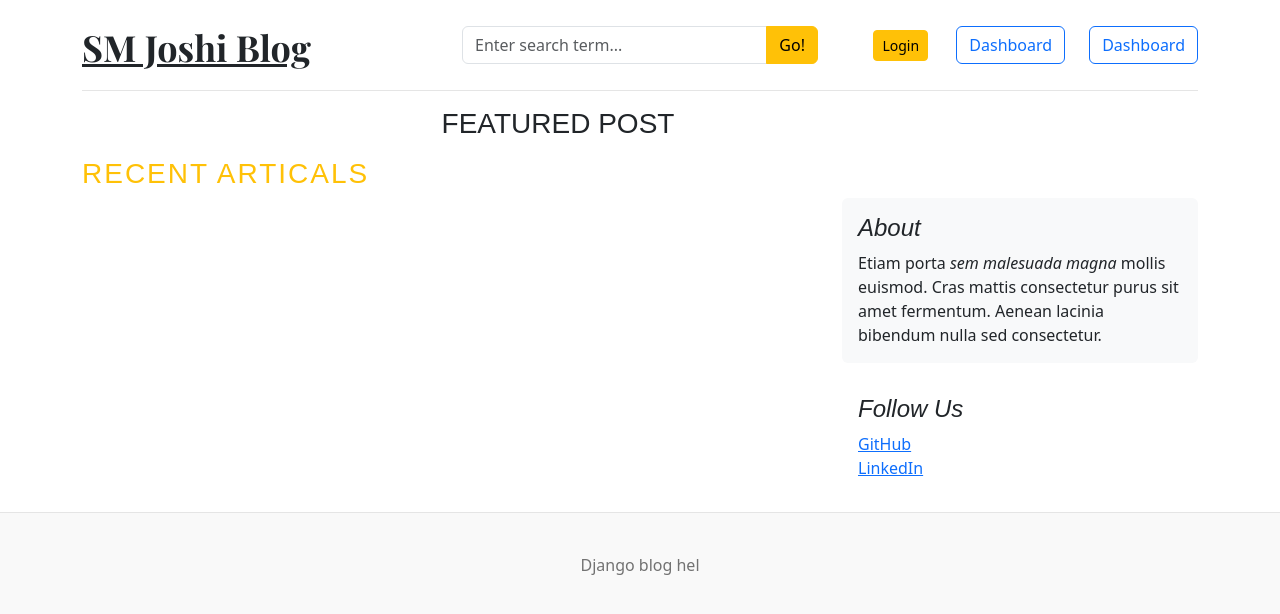
Repository: vijayholve/Blog-Website-Django
Page: templates/home.html
These files come from the project's save history. The page is drawn as it stood at one moment and after a run of saves; the edit follows.
The browser window is 1280 px wide. The pictures show the whole page.
Some web fonts or font styles are not loaded; a fallback is used. The template is drawn by Django 5.2. The application's start-up code is not run. The template is opened directly, without the code that normally fills it, so the values that code supplies are empty.

Above is the page before, as saved 2025-01-29 16:24:53.

After the next 2 saves:
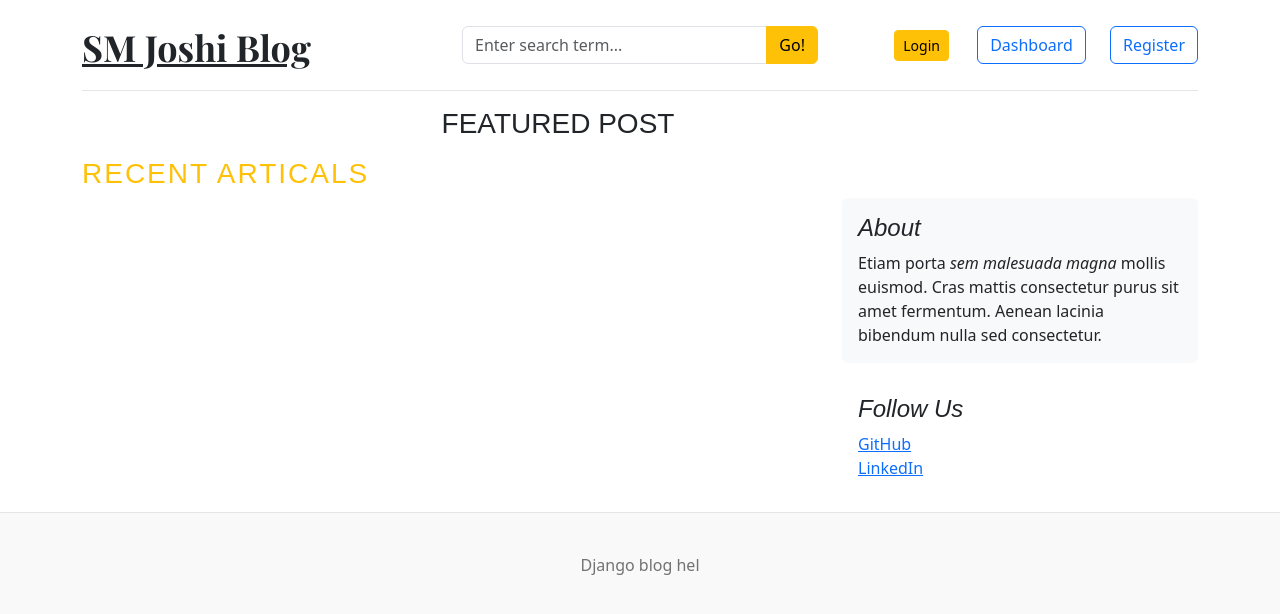
The 2 saves are shown as one change because they came seconds apart.
The last was saved 12 s later.
--- a/templates/base/header.html
+++ b/templates/base/header.html
@@ -42,7 +42,7 @@
             </div>
             <div class="nav-item ml-4">
               <div class="nav-link">
-                <a class="btn btn-outline-primary" href="{% url 'register' %}">Dashboard</a>
+                <a class="btn btn-outline-primary" href="{% url 'register' %}">Register</a>
               </div>
             </div>
             {% else %}
